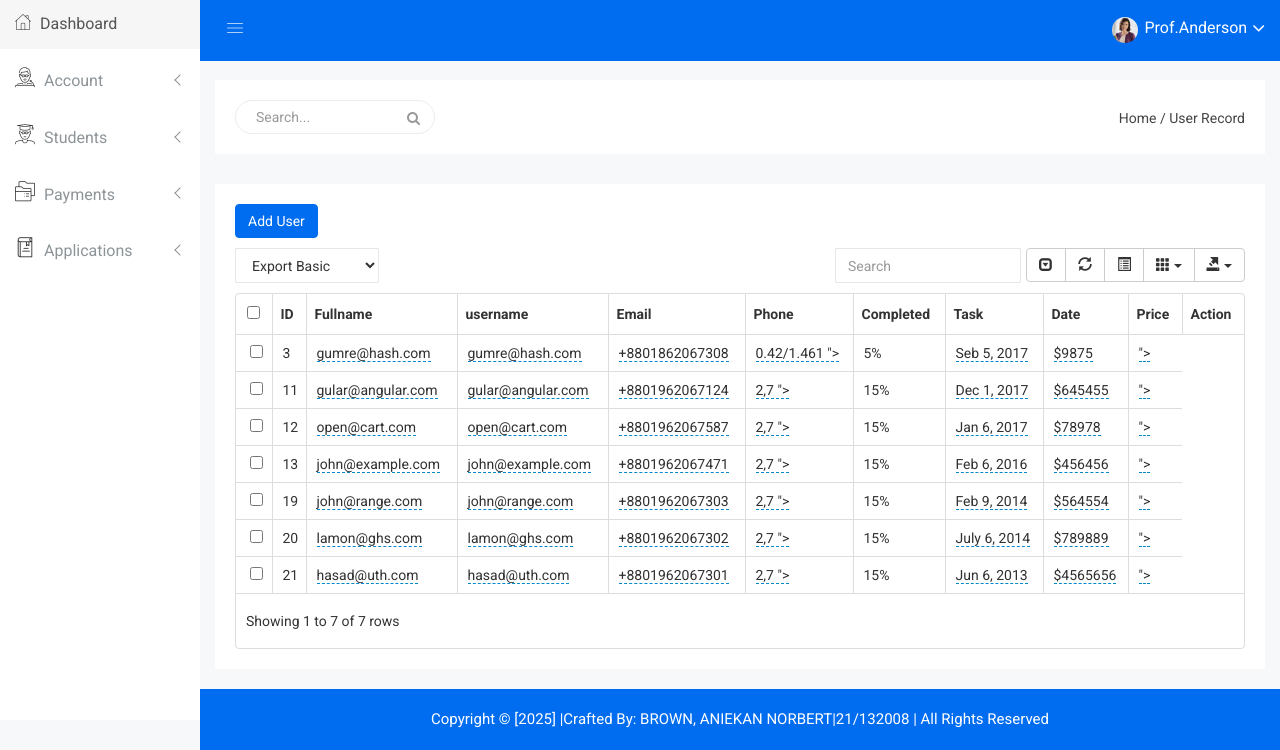
Repository: walterjnr1/crowdfunding-system
Page: http://localhost/Admin/user_record.php
An editor plug-in stored every save of this project. The page is shown before and after a run of saves, followed by the edit.
The browser window is 1280 px wide. The pictures show the whole page.
The page is run by PHP 8.4 with error messages shown; the project is at /var/www/html/.

Above is the page before, as saved 2025-02-20 11:25:50.
Console error (its wording comes from the project's code and is left out).

After the next 3 saves:
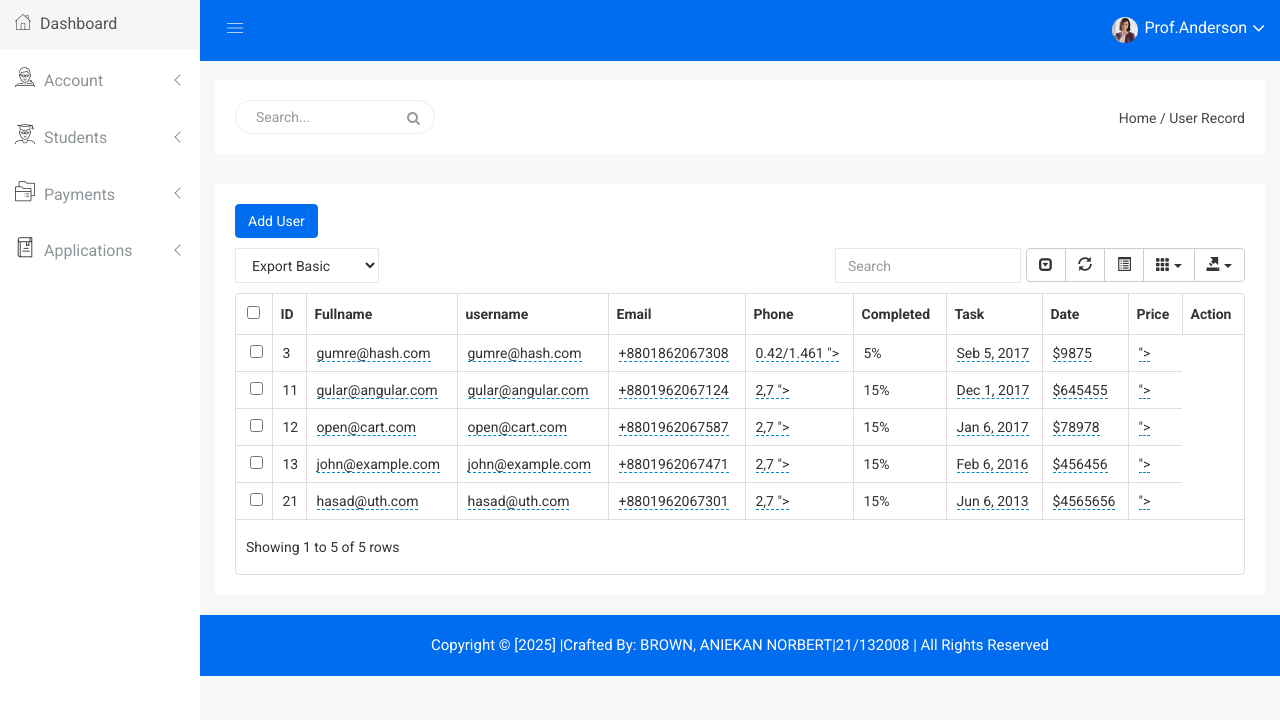
The 3 saves are shown as one change because they came seconds apart.
The last was saved 18 s later.
--- a/Admin/user_record.php
+++ b/Admin/user_record.php
@@ -187,36 +187,7 @@
                                                 </td>
                                             </tr>
 
-
-                                            <tr>
-                                                <td></td>
-                                                <td>19</td>
-                                                <td>Backend</td>
-                                                <td>john@range.com</td>
-                                                <td>+8801962067303</td>
-                                                <td class="datatable-ct"><span class="pie">2,7</span>
-                                                </td>
-                                                <td>15%</td>
-                                                <td>Feb 9, 2014</td>
-                                                <td>$564554</td>
-                                                <td class="datatable-ct"><i class="fa fa-check"></i>
-                                                </td>
-                                            </tr>
-                                            <tr>
-                                                <td></td>
-                                                <td>20</td>
-                                                <td>Java Advance</td>
-                                                <td>lamon@ghs.com</td>
-                                                <td>+8801962067302</td>
-                                                <td class="datatable-ct"><span class="pie">2,7</span>
-                                                </td>
-                                                <td>15%</td>
-                                                <td>July 6, 2014</td>
-                                                <td>$789889</td>
-                                                <td class="datatable-ct"><i class="fa fa-check"></i>
-                                                </td>
-                                            </tr>
-                                            <tr>
+                                                                                        <tr>
                                                 <td></td>
                                                 <td>21</td>
                                                 <td>Jquery Advance</td>
